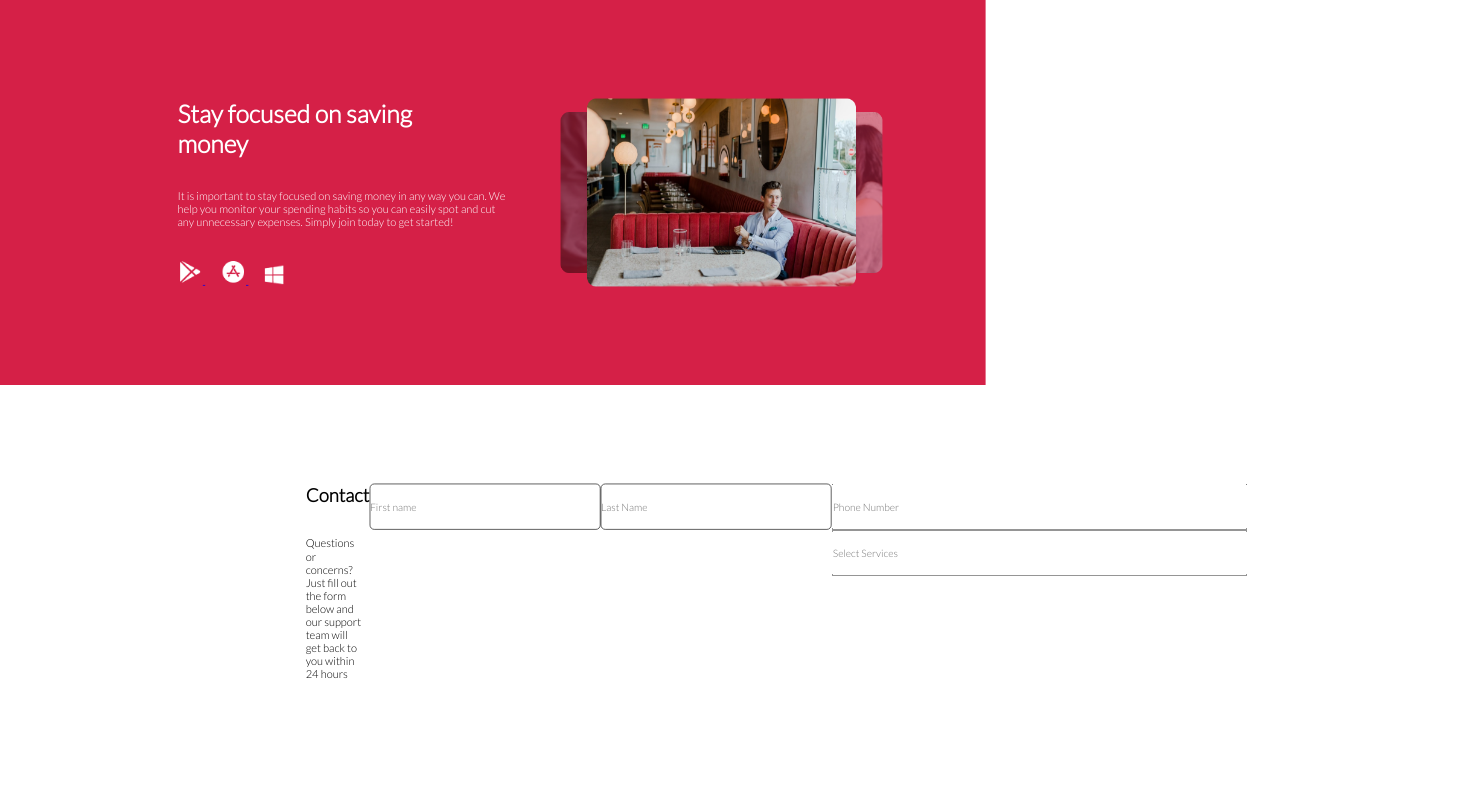
Repository: batonAnton/Cursor_lecture4
Page: index.html
These files come from the project's save history. The page is drawn as it stood at one moment and after the next save; the edit follows.
The browser window is 1280 px wide. The page is 1620 px wide, then 1912 px, so the pictures cover 1912 px, including what lies to the right of the window. The pictures show the whole page, at 77% of full size.

Above is the page before, as saved 2022-06-09 14:00:19.

### index.html
<!DOCTYPE html>
<html lang="en">
<head>
    <meta charset="UTF-8">
    <meta http-equiv="X-UA-Compatible" content="IE=edge">
    <meta name="viewport" content="width=device-width, initial-scale=1.0">
    <title>CloudBudget Freebie</title>
    <link rel="preconnect" href="https://fonts.googleapis.com">
    <link rel="preconnect" href="https://fonts.gstatic.com" crossorigin>
    <link href="https://fonts.googleapis.com/css2?family=Lato:wght@300&display=swap" rel="stylesheet">
    <link rel="stylesheet" href="css/style.css">
</head>
<body>
    <header>
        <div class="info-box">
            <h1>Stay focused on saving <br> money</h1>
            <p>It is important to stay focused on saving money in any way you can. We <br> help you monitor your spending habits so you can easily spot and cut <br> any unnecessary expenses. Simply join today to get started!</p>

            <div class="link_source">
                <a href="https://play.google.com/store/games?hl=uk&gl=US">
                    <img src="/image/icon/google_play.png" alt="icon-google">
                </a>
                <a href="https://www.apple.com/ua/app-store/">
                    <img src="/image/icon/apstore.png" alt="icon-apstore">
                </a>
                <a href="https://www.microsoft.com/uk-ua/software-download/windows10">
                    <img src="/image/icon/windows.png" alt="icon-windows">
                </a>
            </div>
        </div>

        <div class="big_img"></div>
    </header>

    <section>
        <div class="info-box">
            <h1>Contact</h1>
            <p>Questions or concerns? Just fill out the form below and our support <br> team will get back to you within 24 hours</p>
        </div>

        <div class="input-fields">
            <form>
                <input type="text" id="fname" placeholder="First name" name="fname"> <br> <br>
                <input type="text" id="lname" placeholder="Last Name" name="lname">
            <div class="one_row">

                <input type="number" name="" id="number" placeholder="Phone Number">
                <input list="browsers" id="dropdown" placeholder="Select Services" name="service"> <br>
                <datalist id="browsers">
                    <option value="Service1">
                    <option value="Service2">
                    <option value="Service3">
                    <option value="Service4">
                    <option value="Service5">
                </datalist>
            </div>

              </form>
        </div>
    </section>
</body>
</html>

### css/style.css
* {
  font-family: "Lato", sans-serif;
  margin: 0;
  padding: 0;
  box-sizing: border-box;
}

header {
  width: 100%;
  height: 20%;
  padding: 10%;
  color: #ffffff;
  display: inline-flex;
  background-color: #d52047;
}

.info-box {
  width: 80%;
  margin-left: 10%;
}

.info-box p {
  width: 90%;
  margin: 40px 0;
  font-size: 0.9rem;
}

.link_source a {
  margin-left: -19px;
  padding: 0 20px;
}

.big_img {
  background-image: url("/image/Photo.png");
  width: 70%;
  /* height: 311px; */
  background-repeat: no-repeat;
  background-position: center;
  background-size: contain;
}

/* Section */
section {
  color: #000000;
  display: inline-flex;
  padding: 10%;
}

section .info-box {
  margin-left: 22%;
  width: 80%;
}
form{
  display: inline-flex;
}

#fname, #lname{
    width: 300px;
    height: 60px;
    border: 1px solid #333333;
    border-radius: 6px;
}

#dropdown, #number{
  display: block;
}

.input-fields input {
  width: 540px;
  height: 60px;
}

form .one_row{
  display: block;
}

After the next save:
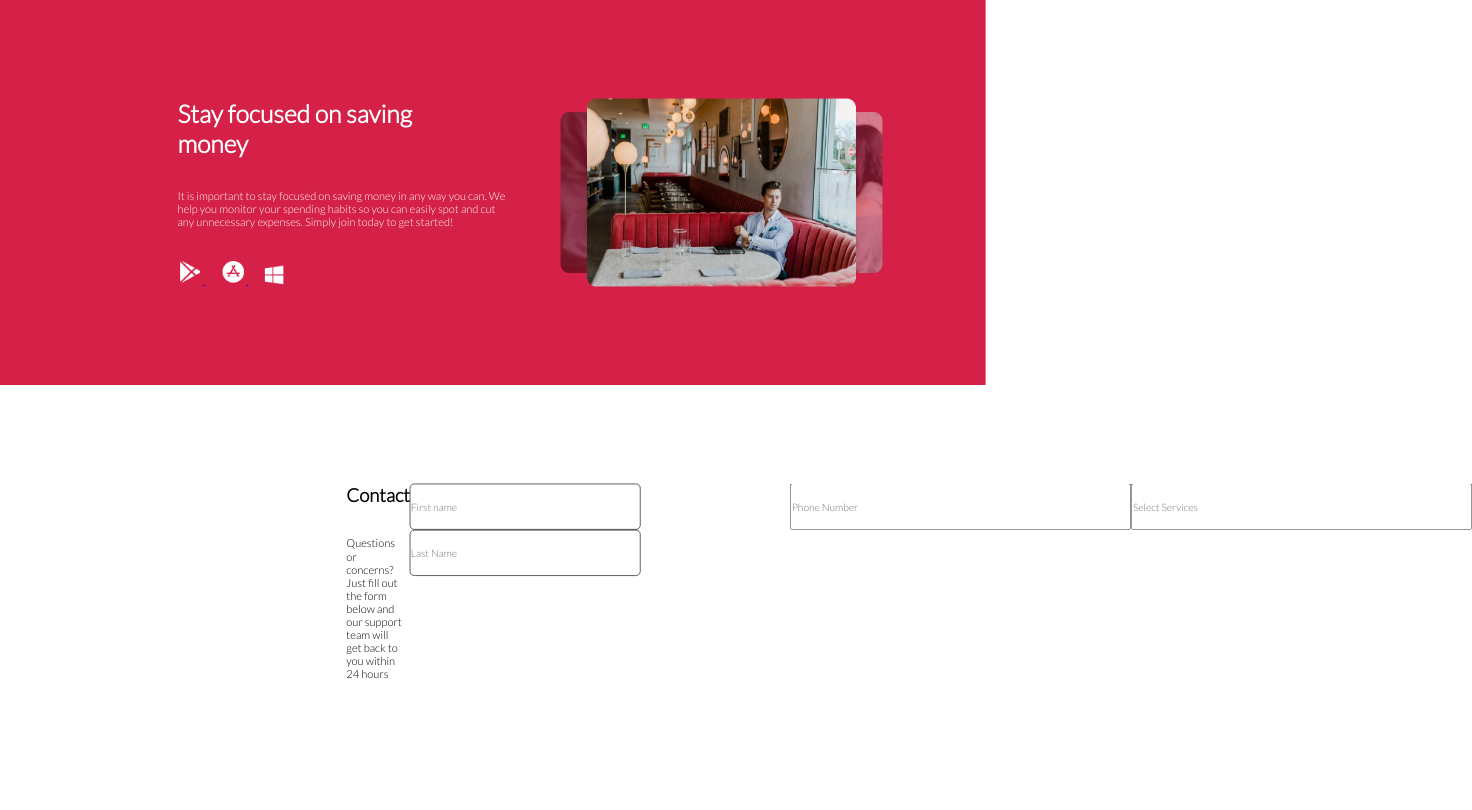
Saved 6 min 15 s later.
--- a/index.html
+++ b/index.html
@@ -40,9 +40,10 @@
 
         <div class="input-fields">
             <form>
-                <input type="text" id="fname" placeholder="First name" name="fname"> <br> <br>
-                <input type="text" id="lname" placeholder="Last Name" name="lname">
-            <div class="one_row">
+                <div>
+                    <input type="text" id="fname" placeholder="First name" name="fname">
+                    <input type="text" id="lname" placeholder="Last Name" name="lname">
+                </div>
 
                 <input type="number" name="" id="number" placeholder="Phone Number">
                 <input list="browsers" id="dropdown" placeholder="Select Services" name="service"> <br>
@@ -53,8 +54,6 @@
                     <option value="Service4">
                     <option value="Service5">
                 </datalist>
-            </div>
-
               </form>
         </div>
     </section>
